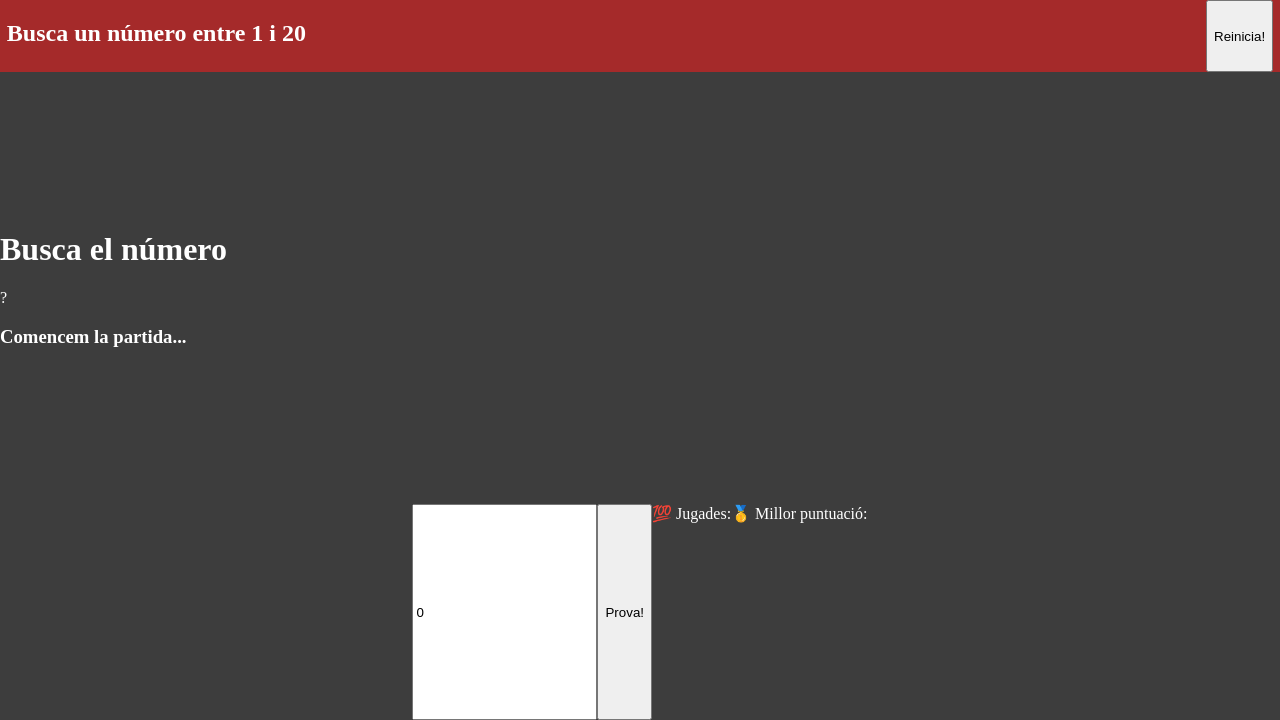
Repository: rdalmau23/M06_01
Page: index.html
An editor plug-in stored every save of this project. The page is shown before and after the next save, followed by the edit.
The browser window is 1280 px wide. The pictures show the whole page.

Above is the page before, as saved 2024-10-11 11:23:35.

After the next save:
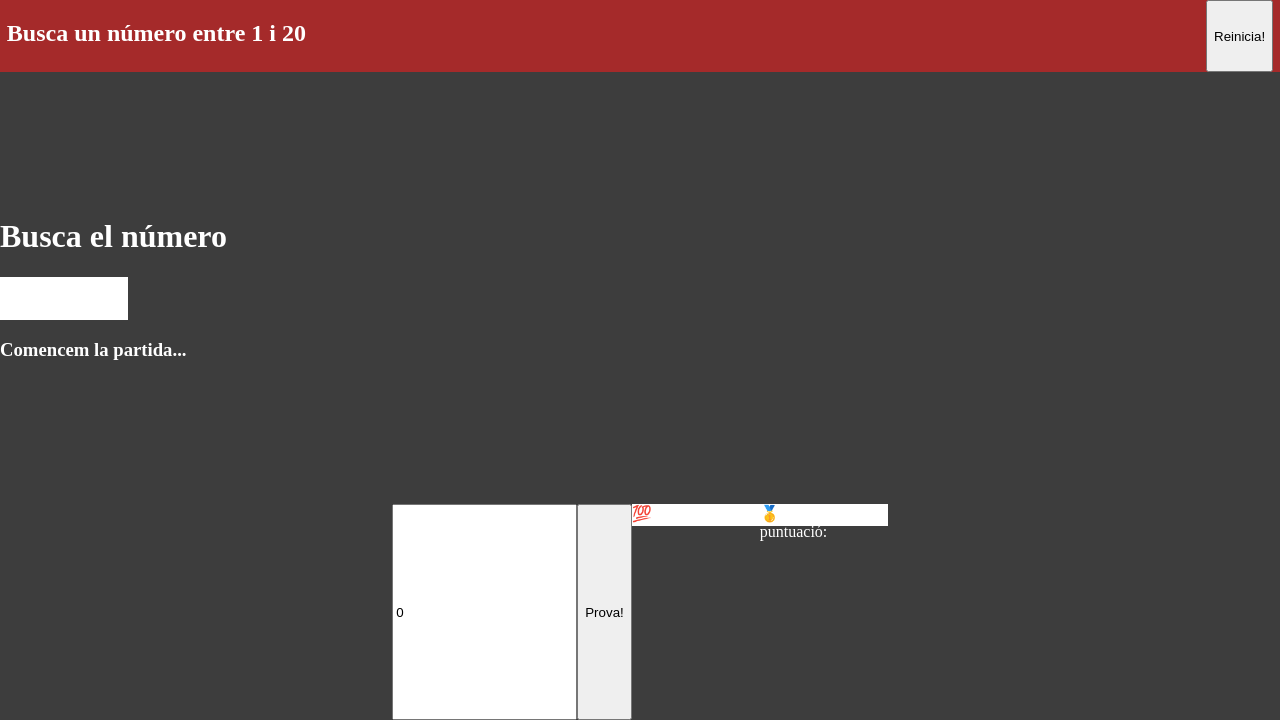
Saved 59 s later.
--- a/style.css
+++ b/style.css
@@ -12,6 +12,11 @@ header{
     display: flex;
     justify-content: center;
     gap: 900px;
+    height: 10%;
+}
+div{
+    background-color: white;
+    width: 10%;
     height: 10%;
 }
 main{
